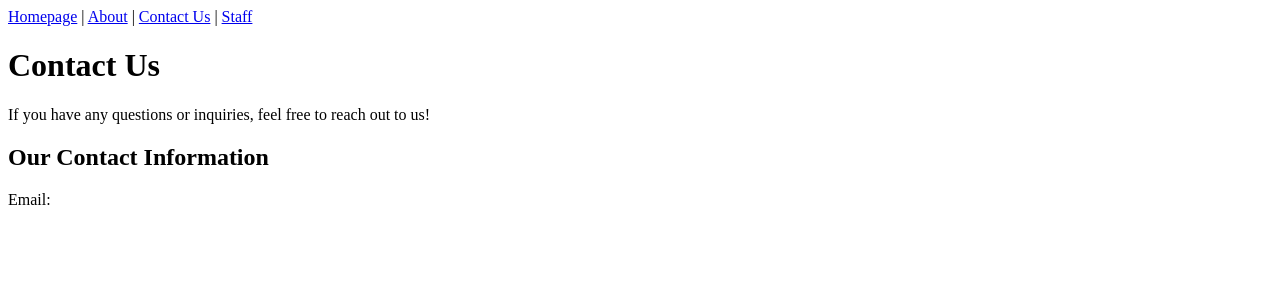
Repository: ficotims/HTML-RESTART
Page: Contact us.html
An editor plug-in stored every save of this project. The page is shown before and after the next save, followed by the edit.
The browser window is 1280 px wide. The pictures show the whole page.

Above is the page before, as saved 2026-02-07 18:44:44.

After the next save:
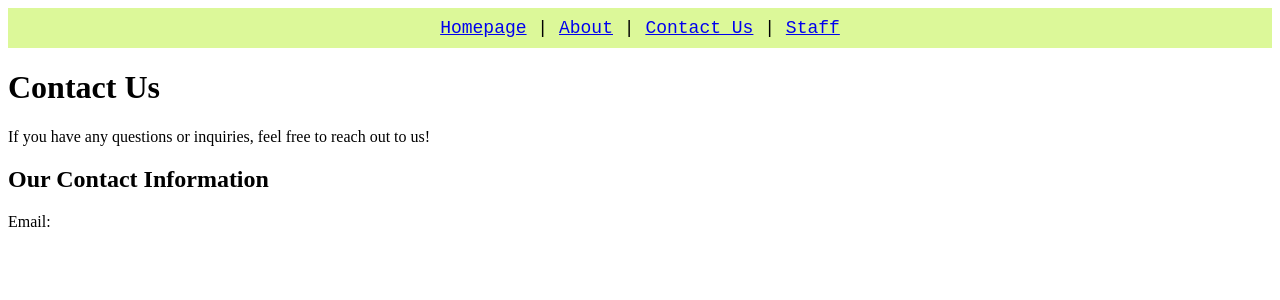
Saved 31 s later.
--- a/Contact us.html
+++ b/Contact us.html
@@ -7,10 +7,11 @@
     </head>
     <body>
           <!-- NAVIGATION SECTION -->
+ <div style="background-color: rgb(220, 248, 153); padding: 10px; text-align: center; font-size: 18px; font-family: monospace, Lemon milk;">
     <a href="Homepage.html" target="_top">Homepage</a> |
-    <a href="about.html">About</a> |
-    <a href="Contact us.html">Contact Us</a> |
+    <a href="about.html">About</a> | <a href="Contact us.html">Contact Us</a> |
     <a href="staff.html">Staff</a>
+     </div>
 
         <h1>Contact Us</h1>
         <p>If you have any questions or inquiries, feel free to reach out to us!</p>
